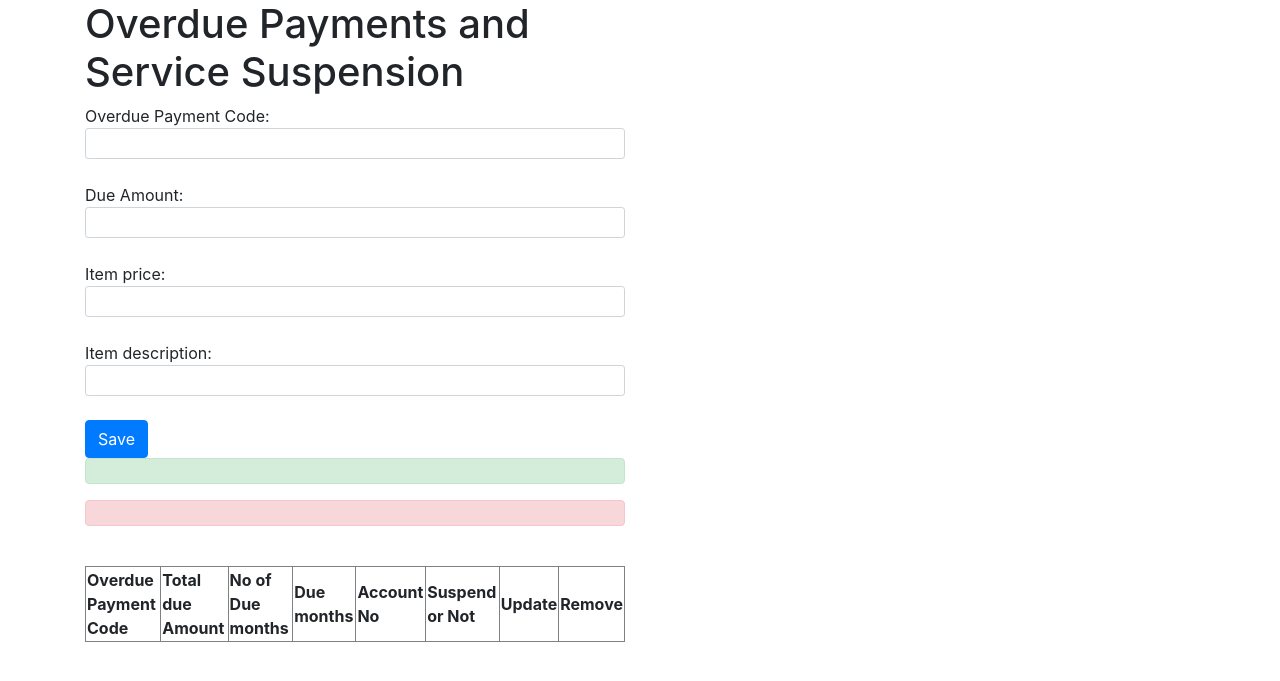
Repository: SameeriSubasinghe/ElectroGrid_G160_ODPaymentsService
Page: http://localhost/ElectroGrid_G160_ODPaymentService/ODPayment.jsp
An editor plug-in stored every save of this project. The page is shown before and after the next save, followed by the edit.
The browser window is 1280 px wide. The pictures show the whole page.
The page is served by Tomcat 9. Other server files are loaded and not shown. Queries for data that is not in the repository find no rows.

Above is the page before, as saved 2022-05-10 11:05:32.

### ElectroGrid_G160_ODPaymentService/src/main/webapp/ODPayment.jsp
<%@page import="com.ODPayment"%>
<%@ page language="java" contentType="text/html; charset=ISO-8859-1"
pageEncoding="ISO-8859-1"%>
<!DOCTYPE html>
<html>
<head>
<meta charset="ISO-8859-1">
<title>Overdue Payments and Service Suspension</title>
<link rel="stylesheet" href="Views/bootstrap.min.css">
<script src="Components/jquery-3.6.0.js"></script>
<script src="Components/ODPayment.js"></script>
</head>
<body>
<div class="container"><div class="row"><div class="col-6">
<h1>Overdue Payments and Service Suspension</h1>
<form id="formItem" name="formItem">
 Overdue Payment Code:
 <input id="ODPCode" name="ODPCode" type="text"
 class="form-control form-control-sm">
 <br> Due Amount:
 <input id="damount" name="damount" type="text"
 class="form-control form-control-sm">
 <br> Item price:
 <input id="itemPrice" name="itemPrice" type="text"
 class="form-control form-control-sm">
 <br> Item description:
 <input id="itemDesc" name="itemDesc" type="text"
 class="form-control form-control-sm">
 <br>
 <input id="btnSave" name="btnSave" type="button" value="Save"
 class="btn btn-primary">
 <input type="hidden" id="hidItemIDSave"
 name="hidItemIDSave" value="">
</form>
<div id="alertSuccess" class="alert alert-success"></div>
<div id="alertError" class="alert alert-danger"></div>
<br>
<div id="divItemsGrid">
 <%
 ODPayment itemObj = new ODPayment();
 out.print(itemObj.readODPayment());
 %>
</div>
</div> </div> </div>
</body>
</html>

### ElectroGrid_G160_ODPaymentService/src/main/java/com/ODPayment.java
package com;

import java.sql.*;
public class ODPayment {

 //DB Connection with electrogrid DB

 private Connection connect(){
	 Connection con = null;
	 try{
	 Class.forName("com.mysql.jdbc.Driver");

	 //Provide the correct details: DBServer/DBName, username, password
	 con = DriverManager.getConnection("jdbc:mysql://127.0.0.1:3306/electrogrid", "root", "");
	 }
	 catch (Exception e){
		 e.printStackTrace();}
	 return con;
	 }



 //Inserting an Overdue Payment

 public String insertODPayment(String overdueCode, String totDueAmount, Integer noDueMonths, String months, String accNo, Boolean suspend){
	 String output = "";
	 try{
	 Connection con = connect();
	 if (con == null) {
		 return "Error while connecting to the electrogrid database for inserting.";
		 }


	 // create a prepared statement
	 String query = " insert into odPayments(`ODPaymentID`, `ODCode`, `dueAmount`, `dueMonthsNo`, `dueMonths`, `accountNo`, `IsSuspend`)"
	 + " values (?, ?, ?, ?, ?, ?, ? )";
	 PreparedStatement preparedStmt = con.prepareStatement(query);


	 // binding values
	 preparedStmt.setInt(1, 0);
	 preparedStmt.setString(2, overdueCode);
	 preparedStmt.setDouble(3, Double.parseDouble(totDueAmount));
	 preparedStmt.setInt(4, noDueMonths);
	 preparedStmt.setString(5, months);
	 preparedStmt.setString(6, accNo);
	 preparedStmt.setBoolean(7, suspend);


	 // execute the statement

	 preparedStmt.execute();
	 con.close();
	 output = "Inserted successfully";
	 }
	 catch (Exception e){
	 output = "Error while inserting the Overdue Payment.";
	 System.err.println(e.getMessage());
	 }
	 return output;
	 }



//Reading Overdue Payments from the DB

	public String readODPayment(){
	 String output = "";
	 try{
	 Connection con = connect();
	 if (con == null){
		 return "Error while connecting to the database for reading.";
	 }

	 // html table with OD payment details to be displayed
	 output = "<table border='1'><tr><th>Overdue Payment Code</th><th>Total due Amount</th>" +
	 "<th>No of Due months</th>" +
	 "<th>Due months</th>" +
	 "<th>Account No</th>" +
	 "<th>Suspend or Not</th>" +
	 "<th>Update</th><th>Remove</th></tr>";

	 String query = "select * from odPayments";
	 Statement stmt = con.createStatement();
	 ResultSet rs = stmt.executeQuery(query);

	 // iterate through the rows in the result set
	 while (rs.next())
	 {
	 String ODPaymentID = Integer.toString(rs.getInt("ODPaymentID"));
	 String ODCode = rs.getString("ODCode");
	 String dueAmount = Double.toString(rs.getDouble("dueAmount"));
	 String dueMonthsNo = Integer.toString(rs.getInt("dueMonthsNo"));
	 String dueMonths = rs.getString("dueMonths");
	 String accountNo = rs.getString("accountNo");
	 String IsSuspend = Boolean.toString(rs.getBoolean("IsSuspend"));

	 // Add into the html table
	 output += "<tr><td>" + ODCode + "</td>";
	 output += "<td>" + dueAmount + "</td>";
	 output += "<td>" + dueMonthsNo + "</td>";
	 output += "<td>" + dueMonths + "</td>";
	 output += "<td>" + accountNo + "</td>";
	 output += "<td>" + IsSuspend + "</td>";

	 // buttons
	 output += "<td><input name='btnUpdate' type='button' value='Update' class='btn btn-secondary'></td>"
	 + "<td><form method='post' action='items.jsp'>"+"<input name='btnRemove' type='submit' value='Remove' class='btn btn-danger'>"
	 + "<input name='ODPaymentID' type='hidden' value='" + ODPaymentID
	 + "'>" + "</form></td></tr>";
	 }
	 con.close();
	 // Complete the html table
	 output += "</table>";
	 }
	 catch (Exception e){
	 output = "Error while reading the Overdue Payments.";
	 System.err.println(e.getMessage());
	 }
	 return output;
	 }




	//Update Overdue Payments from the DB

	public String updateODPayment(String ID, String overdueCode, String totDueAmount, String noDueMonths, String months, String accNo, String suspend){
		 String output = "";
		 try{
		 Connection con = connect();
		 if (con == null){
			 return "Error while connecting to the database for updating.";
		 }


		 // create a prepared statement to update
		 String query = "UPDATE odpayments SET ODCode=?,dueAmount=?,dueMonthsNo=?,dueMonths=?,accountNo=?,IsSuspend=? WHERE ODPaymentID=?";
		 PreparedStatement preparedStmt = con.prepareStatement(query);

		 // binding values
		 preparedStmt.setString(1, overdueCode);
		 preparedStmt.setDouble(2, Double.parseDouble(totDueAmount));
		 preparedStmt.setInt(3, Integer.parseInt(noDueMonths));
		 preparedStmt.setString(4, months);
		 preparedStmt.setString(5, accNo);
		 preparedStmt.setBoolean(6, Boolean.parseBoolean(suspend));
		 preparedStmt.setInt(7, Integer.parseInt(ID));


		 // execute the statement
		 preparedStmt.execute();
		 con.close();
		 output = "Updated successfully";
		 }
		 catch (Exception e){
		 output = "Error while updating the Overdue Payment.";
		 System.err.println(e.getMessage());
		 }
		 return output;
		 }








  //Deleting Overdue Payments

  public String deleteODPayment(String ODPaymentID){
		 String output = "";
		 try{
		 Connection con = connect();
		 if (con == null)
		 {return "Error while connecting to the database for deleting.";
		 }

		 // create a prepared statement
		 String query = "delete from odpayments where ODPaymentID=?";
		 PreparedStatement preparedStmt = con.prepareStatement(query);

		 // binding values
		 preparedStmt.setInt(1, Integer.parseInt(ODPaymentID));

		 // execute the statement
		 preparedStmt.execute();
		 con.close();
		 output = "Deleted successfully";
		 }
		 catch (Exception e){
		 output = "Error while deleting the overdue payment.";
		 System.err.println(e.getMessage());
		 }
		 return output;
		 }

		}

Loaded but not shown: ElectroGrid_G160_ODPaymentService/src/main/webapp/Views/bootstrap.min.css (library); ElectroGrid_G160_ODPaymentService/src/main/webapp/Components/jquery-3.6.0.js (library); ElectroGrid_G160_ODPaymentService/src/main/webapp/Components/ODPayment.js (common file)

After the next save:
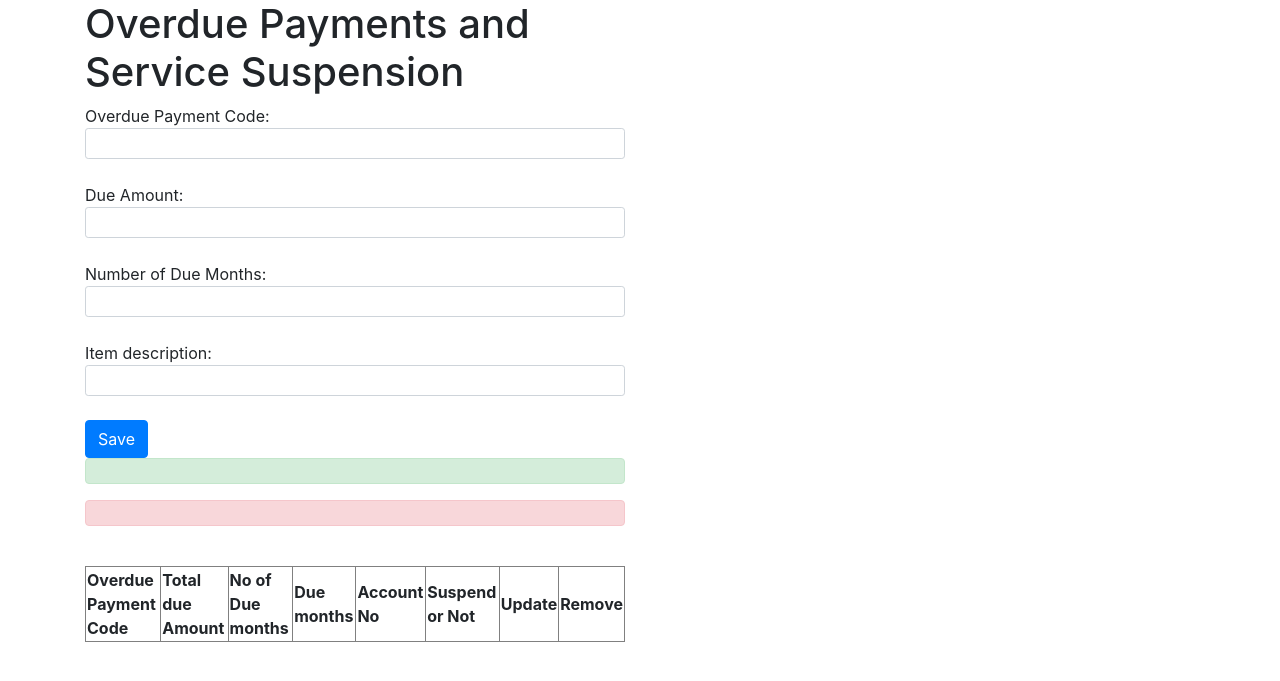
Saved 48 s later.
--- a/ElectroGrid_G160_ODPaymentService/src/main/webapp/ODPayment.jsp
+++ b/ElectroGrid_G160_ODPaymentService/src/main/webapp/ODPayment.jsp
@@ -20,8 +20,8 @@ pageEncoding="ISO-8859-1"%>
  <br> Due Amount:
  <input id="damount" name="damount" type="text"
  class="form-control form-control-sm">
- <br> Item price:
- <input id="itemPrice" name="itemPrice" type="text"
+ <br> Number of Due Months:
+ <input id="dnomonth" name="dnomonth" type="text"
  class="form-control form-control-sm">
  <br> Item description:
  <input id="itemDesc" name="itemDesc" type="text"
